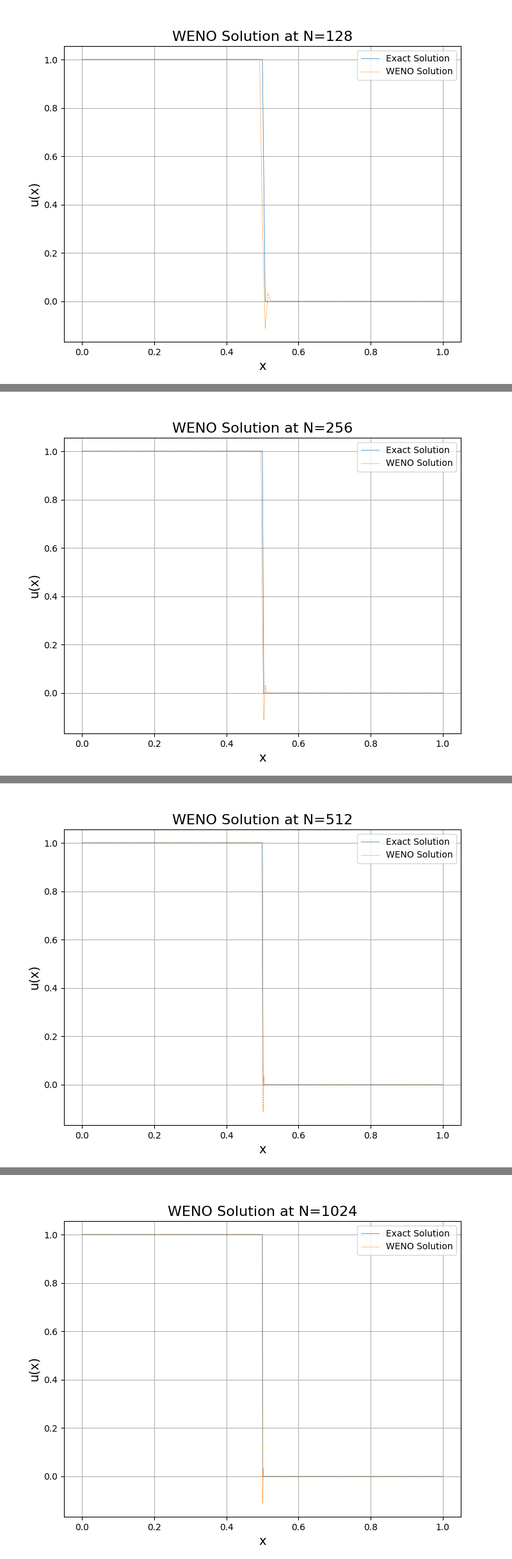
Repository: mishiroo/WENO
Script's output: python main.py
An editor plug-in stored every save of this project. The script's output is shown before and after the next save, followed by the edit.
The pictures are shown at 64% of full size.
Each picture stacks the figures in order, with grey between them; figures that are only written to a file come last. Random numbers start from a fixed seed.

Above is the script's output before, as saved 2024-12-13 18:02:28.

### main.py
import WENO
import TestCase
import ErrorAnalysis as EA
import numpy as np

# 计算误差阶
# N: Num of cells 网格密度太大 机器误差会影响收敛
NList = [128, 256, 512, 1024]
# NList = [50, 100, 200, 400]
# 存储计算结果
l2_err_list = []
linf_err_list = []
solution_list = []

for n in NList:
    mesh = WENO.Mesh(0, 1, n)  # 实例化的Mesh mesh.mesh访问网格本身
    test_case = TestCase.TestCase(mesh)
    # 用户只需要实现需要的函数即可
    theo_values = test_case.getTheoValues(TestCase.shockwave_fun)
    avg_values = test_case.getAverageValues(TestCase.shockwave_fun)

    # 实例化
    weno = WENO.WENO1D(mesh=mesh.mesh, avg_values=avg_values, k=3)
    weno.Reconstruct()  # WENO重构
    weno.BoundaryTreatment(theo_values)

    # 统计误差
    linf_err_list.append(EA.LinfError(theo_values, weno._solution))
    l2_err_list.append(EA.L2Error(theo_values, weno._solution))
    solution_list.append(weno._solution)
    # 绘图
    EA.Draw(mesh.mesh, theo_values, weno._solution)

EA.SaveError("WENO5Error-shock.xlsx", NList, l2_err_list, linf_err_list)

### WENO.py
import tqdm
import numpy as np
from typing import List


# 1D dimension
class WENO1D:

    def __init__(self, mesh: np.ndarray, avg_values: np.ndarray, k: int = 5) -> None:
        """初始化WENO类

        Args:
            mesh (np.ndarray): 网格剖分[lb,...ub]
            avg_values (np.ndarray): 网格剖分[lb,...ub]
            k (int, optional): 模板长度. Defaults to 3.
            Supported k=1, 2, 3, 5
        """
        assert np.size(mesh) - 1 == np.size(
            avg_values
        ), "len(mesh) == len(avg_values) + 1"
        self.avg_values = avg_values
        self.mesh = mesh

        self.order = 2 * k - 1
        self.lb = mesh[0]
        self.ub = mesh[-1]
        self.N = len(mesh) - 1  # Num of cells
        self.k = k  # Num of stencils

        self._solution = np.zeros(self.N + 1)  # 存储WENO重构结果

        # 查表得到模板组合线性权
        if self.order == 1:
            self.weights_d = [1]
        elif self.order == 3:
            self.weights_d = [2 / 3, 1 / 3]
        elif self.order == 5:
            self.weights_d = [1 / 10, 3 / 5, 3 / 10]
            # 查表得到模板组合系数
            self.C = np.array(
                [
                    [1 / 3, -7 / 6, 11 / 6],
                    [-1 / 6, 5 / 6, 1 / 3],
                    [1 / 3, 5 / 6, -1 / 6],
                    [11 / 6, -7 / 6, 1 / 3],
                ]
            )
        elif self.order == 9:
            # 直接得到五阶模板 加权可以得到九阶模板
            self.weights_d = np.array([0, 0, 1, 0, 0])  # 书上没有对应权重 取中间的权重
            self.C = np.array(
                [
                    [1 / 5, -21 / 20, 137 / 60, -163 / 60, 137 / 60],
                    [-1 / 20, 17 / 60, -43 / 60, 77 / 60, 1 / 5],
                    [1 / 30, -13 / 60, 47 / 60, 9 / 20, -1 / 20],
                    [-1 / 20, 9 / 20, 47 / 60, -13 / 60, 1 / 30],
                    [1 / 5, 77 / 60, -43 / 60, 17 / 60, -1 / 20],
                    [137 / 60, -163 / 60, 137 / 60, -21 / 20, 1 / 5],
                ]
            )
        else:
            raise ValueError(
                "k must be 1, 2 or 3, 5(测试五阶算法用)"
            )  # 其他阶的系数论文没给，先不写

        self.PrintInfo()

    def PrintInfo(self):
        print(
            f"lb = {self.lb}, ub = {self.ub}, Stencil length = {self.k}, WENO order = {self.order} "
        )
        print(f"Num of cells = {self.N}, Num of Nodes = {self.N + 1} \n")

    def StencilReconstruct(self, index: int) -> List[float]:
        """根据模板进行重构 精度为k阶

        Args:
            index (int): 计算节点的位置索引

        Returns:
            List[float]: 不同模板上的重构结果
        """
        stencil_index = index - 1
        stencil_recons = np.zeros(self.k)  # 存储不同模板重构结果的值
        if stencil_index - self.k + 1 >= 0 and stencil_index + self.k - 1 <= self.N - 1:
            for i in range(self.k):
                stencil_recons[i] = np.inner(
                    self.C[i],
                    self.avg_values[
                        stencil_index - self.k + 1 + i : stencil_index + i + 1
                    ],
                )

        elif stencil_index - self.k + 1 < 0:
            for i in range(self.k):
                stencil_recons[i] = np.inner(
                    self.C[-1],
                    self.avg_values[stencil_index + 1 : stencil_index + self.k + 1],
                )

        elif stencil_index + self.k - 1 > self.N - 1:
            for i in range(self.k):
                stencil_recons[i] = np.inner(
                    self.C[0],
                    self.avg_values[stencil_index - self.k + 1 : stencil_index + 1],
                )
        return stencil_recons

    def SmoothIndicators(self, index: int) -> np.ndarray:
        """计算指示器

        Args:
            index (int): 索引

        Returns:
            np.ndarray: 平滑指示函数
        """
        assert self.k == 2 or self.k == 3, "SmoothIndicators only support k=3 NOW!"
        # 处理非法值
        if index < self.k - 1 or index > self.N - self.k:
            return self.weights_d
        else:
            if self.k == 2:
                beta0 = self.avg_values[index + 1] - self.avg_values[index]
                beta1 = self.avg_values[index] - self.avg_values[index - 1]
                return [beta0, beta1]
            elif self.k == 3:
                beta0 = (
                    13
                    / 12
                    * (
                        self.avg_values[index]
                        - 2 * self.avg_values[index + 1]
                        + self.avg_values[index + 2]
                    )
                    ** 2
                )
                +1 / 4 * (
                    3 * self.avg_values[index]
                    - 4 * self.avg_values[index + 1]
                    + self.avg_values[index + 2]
                ) ** 2
                beta1 = (
                    13
                    / 12
                    * (
                        self.avg_values[index - 1]
                        - 2 * self.avg_values[index]
                        + self.avg_values[index + 1]
                    )
                    ** 2
                )
                +1 / 4 * (self.avg_values[index - 1] - self.avg_values[index + 1]) ** 2
                beta2 = (
                    13
                    / 12
                    * (
                        self.avg_values[index - 2]
                        - 2 * self.avg_values[index - 1]
                        + self.avg_values[index]
                    )
                    ** 2
                )
                +1 / 4 * (
                    3 * self.avg_values[index]
                    - 4 * self.avg_values[index - 1]
                    + self.avg_values[index - 2]
                ) ** 2
            return [beta0, beta1, beta2][::-1]

    def FormWeights(self, index: int, eps=1e-6) -> np.ndarray:
        """计算归一化权重

        Args:
            index (int): 索引

        Returns:
            np.ndarray: 权重
        """
        alpha = np.zeros(self.k)
        beta = self.SmoothIndicators(index)
        for i in range(self.k):
            alpha[i] = self.weights_d[i] / (eps + beta[i]) ** 2
        return alpha / np.sum(alpha)

    def NodeReconstruct(self, index: int, eps=1e-6) -> float:
        """WENO加权后的重构 精度为2k-1阶 针对节点进行重构

            返回指定索引的WENO重构结果

        Args:
            index (int): 索引
            eps (_type_, optional): eps参数. Defaults to 1e-6.

        Returns:
            float: 插值结果
        """
        weights = self.FormWeights(index, eps=eps)
        return np.inner(weights, self.StencilReconstruct(index))

    def Reconstruct(self, eps=1e-6):
        """WENO加权后的重构 精度为2k-1阶 针对区间进行重构

            返回区间上每个节点的WENO重构结果

        Args:
            eps (_type_, optional): eps参数. Defaults to 1e-6.
        """
        for i in tqdm.tqdm(range(self.N + 1)):
            self._solution[i] = self.NodeReconstruct(i, eps=eps)
        return self._solution

    def StencilReconstruct_all(self) -> np.ndarray:
        """精度为k阶 调用StencilReconstruct 针对区间进行重构

            返回区间所有节点使用模板重构结果(收敛阶为模板长度)

        Returns:
            np.ndarray: 重构结果
        """
        for i in range(self.N + 1):
            self._solution[i] = np.inner(self.weights_d, self.StencilReconstruct(i))
        return self._solution

    def BoundaryTreatment(self, theo_values: np.ndarray) -> None:
        """边界处理: 把遇到的不完整模板计算结果全部用精确值代替

        Args:
            theo_values (np.ndarray): 理论值
        """
        for i in range(self.k):
            # 前k个点
            self._solution[i] = theo_values[i]
            # 后k个点
            self._solution[self.N - i] = theo_values[self.N - i]


class Mesh:
    def __init__(self, lb: float, ub: float, N: int) -> None:
        """初始化网格

        Args:
            lb (float): 左边界
            ub (float): 右边界
            N (int): cells数量
        """
        self.lb = lb
        self.ub = ub
        self.N = N
        self.mesh = np.linspace(lb, ub, N + 1)
        self.avg_values = np.zeros(N)  # Initialize avg_values

    def BindAverageValues(self, avg_values: List[float]) -> None:
        """绑定平均值

        Args:
            avg_values (List[float]): 平均值
        """
        assert len(avg_values) == self.N, "avg_values length must be N"
        self.avg_values = avg_values

### TestCase.py
# 构建测试用例
import WENO
import GaussIntegrate
from typing import Callable
import numpy as np


def shockwave_fun(x: np.ndarray) -> np.ndarray:
    """间断函数

    Args:
        x (np.ndarray): 传入网格点

    Returns:
        np.ndarray: 对应函数值
    """
    return np.where(x <= 0.5, 1, 0)


def sin_fun(x: np.ndarray) -> np.ndarray:
    return np.sin(2 * np.pi * x)

def exp_fun(x: np.ndarray) -> np.ndarray:
    return np.exp(x)

class TestCase:
    def __init__(self, mesh: WENO.Mesh):
        self.mesh = mesh.mesh  # 具体的网格 长度为N+1
        self.N = mesh.N  # 单元格数
        self._avg_values = np.zeros(self.N)  # 初始化平均值

    def getAverageValues(
        self, func_name: Callable[[np.ndarray], np.ndarray]
    ) -> np.ndarray:
        # 利用高斯积分求解区域均值
        for i in range(self.N):
            self._avg_values[i] = GaussIntegrate.gauss_integrate(
                func_name, [self.mesh[i], self.mesh[i + 1]]
            ) / (self.mesh[i + 1] - self.mesh[i])
        return self._avg_values

    def getTheoValues(
        self, func_name: Callable[[np.ndarray], np.ndarray]
    ) -> np.ndarray:
        """获取每个网格点的理论值

        Args:
            func_name (Callable[[np.ndarray], np.ndarray]): 定义的函数
                需要实现网格点数组到网格点对应函数值数组的映射

        Returns:
            np.ndarray: 理论值
        """
        return func_name(self.mesh)

    def shockwave_avg(self) -> np.ndarray:
        """间断问题高斯积分求不对 这里用解析解计算
            f(x) = 1 if x <= 0.5 else 0

        Returns:
            np.ndarray: _description_
        """
        for i in range(self.N):
            if self.mesh[i] > 0.5:
                self._avg_values[i] = 0
            elif self.mesh[i+1] <=  0.5:
                self._avg_values[i] = self.mesh[i+1] - self.mesh[i]
            else:
                self._avg_values[i] = 0.5 - self.mesh[i]
        return self._avg_values

# 测试用例
# if __name__ == "__main__":
#     mesh = WENO.Mesh(0, 1, 100)
#     test_case = TestCase(mesh)
#     print(test_case.getAverageValues(shockwave_fun))
#     print(test_case.getTheoValues(shockwave_fun))

### GaussIntegrate.py
import numpy as np


def gauss_integrate(func, interval, n=5):
    """
    使用高斯-勒让德积分方法计算一维积分。

    参数:
    func: 被积分的函数
    a, b: 积分区间 [a, b]
    n: 积分的阶数，默认为5阶精度

    返回:
    积分结果
    """
    a, b = interval
    # 高斯-勒让德积分节点和权重，来自于预计算表
    nodes, weights = np.polynomial.legendre.leggauss(n)

    # 将节点从[-1, 1]映射到[a, b]区间
    transformed_nodes = 0.5 * (b - a) * nodes + 0.5 * (a + b)

    # 计算高斯-勒让德积分结果
    integral = 0.5 * (b - a) * np.sum(weights * func(transformed_nodes))

    return integral

def gauss_point(x_bound: list[float]) -> list[float]:
    """获取高斯点坐标list

    Args:
        x_bound (list[float]): 积分区间

    Returns:
        list[float]: 坐标点
    """
    a, b = x_bound
    # 映射后的高斯点
    c_ = 2 / 7 * np.sqrt(6 / 5)
    gpt = np.array([
        -np.sqrt(3 / 7 + c_),
        -np.sqrt(3 / 7 - c_),
        np.sqrt(3 / 7 - c_),
        np.sqrt(3 / 7 + c_),
    ])
    return ((b - a) * gpt + b + a) / 2

# 设计这些函数的作用是因为如果给出的句柄存在if-else判断，计算高斯点函数值时，会报错
# 所以现在要把计算函数值和组装分开
def gauss_point_value(f, gpt: list, x_bound: list[float]) -> list[float]:
    """获取高斯点函数值

    Args:
        f (function): 函数
        gpt (list): 映射后的高斯点坐标
        x bound: 积分区间

    Returns:
        list: 函数值
    """
    a, b = x_bound
    return [f(x) for x in gpt]


def gauss_integrate_ls(f_list, x_bound: list[float]) -> float:
    """4个高斯点的高斯积分 精度为7阶

    Args:
        f_list : 函数求值后的列表
        x_bound (list[float]): 积分区域

    Returns:
        float: 积分结果
    """
    a, b = x_bound
    # 权重
    w1 = (18 + np.sqrt(30)) / 36
    w2 = (18 - np.sqrt(30)) / 36
    A = [w2, w1, w1, w2]

    # 转为标准区间
    I = 0
    J = (b - a) / 2
    for i in range(4):
        I += A[i] * f_list[i] * J
    return I


# 测试用例
# if __name__ == "__main__":
#     def f(x):
#         return x

#     bd = [0, 2]
#     gpt = gauss_point(bd)
#     f_list = gauss_point_value(f, gpt, bd)
#     print(2)
#     print(gauss_integrate(f, bd))
#     print(gauss_integrate_ls(f_list, bd))

### ErrorAnalysis.py
# 分析计算结果的收敛阶 绘制计算效果图
import numpy as np
import pandas as pd
from typing import List
from matplotlib import pyplot as plt


def AccuracyOrder(N1: int, N2: int, Error1: int, Error2: int) -> float:
    """给定两组剖分和计算结果，计算收敛阶

    Args:
        N1 (int): 第一次剖分的网格数
        N2 (int): 第二次剖分的网格数
        Error1 (int): 第一次剖分的误差
        Error2 (int): 第二次剖分的误差

    Returns:
        float: 收敛阶
    """
    return np.log(Error1 / Error2) / np.log(N2 / N1)


def AccuracyOrders(NList: List[int], ErrorList: List[float]) -> np.ndarray:
    """对两组及以上剖分结果进行收敛阶分析 返回长度为len(NList)第一个元素为None的收敛阶数组
    输入参数是Num of cells
    Args:
        NList (List[int]): 网格剖分参数列表
        ErrorList (List[float]): 误差结果列表

    Returns:
        np.ndarray: 收敛阶列表
    """
    assert len(NList) == len(
        ErrorList
    ), f"length of NList and ErrorList must be equal, but {len(NList)} and {len(ErrorList)} are given"
    orderList = np.zeros(len(NList))
    orderList[0] = None
    for i in range(1, len(NList)):
        orderList[i] = AccuracyOrder(
            NList[i], NList[i - 1], ErrorList[i], ErrorList[i - 1]
        )
    return orderList


def AccuracyOrders_h(hList: List[float], ErrorList: List[float]) -> np.ndarray:
    """对两组及以上剖分结果进行收敛阶分析 返回长度为len(hList)第一个元素为None的收敛阶数组
    输入参数是剖分长度
    Args:
        hList (List[int]): 网格剖分长度列表
        ErrorList (List[float]): 误差结果列表

    Returns:
        np.ndarray: 收敛阶列表
    """
    N = [int(1/h) for h in hList]
    return AccuracyOrders(N, ErrorList)


def SaveError(
    fn: str, NList: List[int], L2ErrorList: List[float], LinfErrorList: List[float]
) -> None:
    """保存误差结果

    Args:
        fn (str): 保存文件名
        NList (List[int]): 网格剖分参数列表
        ErrorList (List[float]): 误差结果列表
    """
    ac_orders_l2 = AccuracyOrders(NList, L2ErrorList)
    ac_orders_linf = AccuracyOrders(NList, LinfErrorList)
    # 保存计算结果
    data = {
        "N": NList,
        "L2Error": L2ErrorList,
        "L2Order": ac_orders_l2,
        "LInfError": LinfErrorList,
        "LInfOrder": ac_orders_linf,
    }
    df = pd.DataFrame(data)
    df.to_excel(fn, index=False)
    # 打印误差
    print(f"l2 err accuracy order: {ac_orders_l2}")
    print(f"linf err accuracy order: {ac_orders_linf}")


def L2Error(analytical: List[float], numerical: List[float]) -> float:
    """计算L2误差

    Args:
        analytical (List[float]): 解析解
        numerical (List[float]): 数值解

    Returns:
        float: L2误差
    """
    return np.sqrt(np.sum([(a - n) ** 2 for a, n in zip(analytical, numerical)]))


def LinfError(analytical: List[float], numerical: List[float]) -> float:
    """计算Linf误差

    Args:
        analytical (List[float]): 解析解
        numerical (List[float]): 数值解

    Returns:
        float: Linf误差
    """
    return max([abs(a - n) for a, n in zip(analytical, numerical)])


def Draw(
    mesh: np.ndarray,
    theo_values: np.ndarray,
    weno_values: np.ndarray,
    show=False,
    fn: str = None,
):
    """只绘制剖分为N的精确值与数值解对比图

    Args:
        mesh (np.ndarray): 剖分网格
        theo_values (np.ndarray): 理论值
        weno_values (np.ndarray): WENO求解结果
        show(Bool, optional): 是否显示图形. Defaults to False.
        fn (str, optional): 保存文件名. Defaults to None.
    """
    N = mesh.size - 1
    # 创建图形
    plt.figure(figsize=(8, 6), dpi=150)

    # 绘制理论值
    plt.plot(
        mesh,
        theo_values,
        label="Exact Solution",
        linestyle="-",
        linewidth=0.5,
    )
    # 绘制WENO数值解
    plt.plot(
        mesh,
        weno_values,
        label="WENO Solution",
        linestyle="--",
        linewidth=0.5,
    )
    # 设置标题和标签

    plt.title(f"WENO Solution at N={N}", fontsize=16)
    plt.xlabel("x", fontsize=14)
    plt.ylabel("u(x)", fontsize=14)

    # 显示图例
    plt.legend()

    # 显示网格
    plt.grid(True)
    if fn is not None:
        plt.savefig(f"figures/{fn}.png")
    else:
        plt.savefig(f"figures/WENO5-N={N}.png")
    # 展示图形
    if show:
        plt.show()

After the next save:
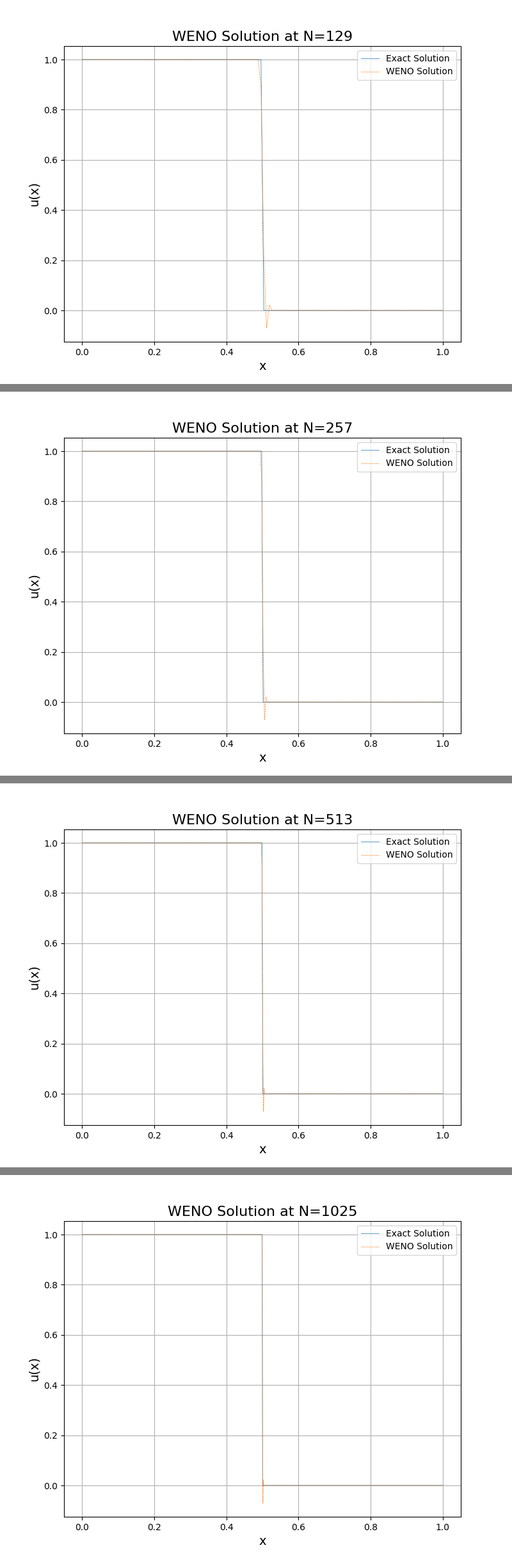
Saved 8 min 4 s later.
--- a/main.py
+++ b/main.py
@@ -5,8 +5,8 @@ import numpy as np
 
 # 计算误差阶
 # N: Num of cells 网格密度太大 机器误差会影响收敛
-NList = [128, 256, 512, 1024]
-# NList = [50, 100, 200, 400]
+# NList = [128, 256, 512, 1024]
+NList = [129, 257, 513, 1025]
 # 存储计算结果
 l2_err_list = []
 linf_err_list = []
